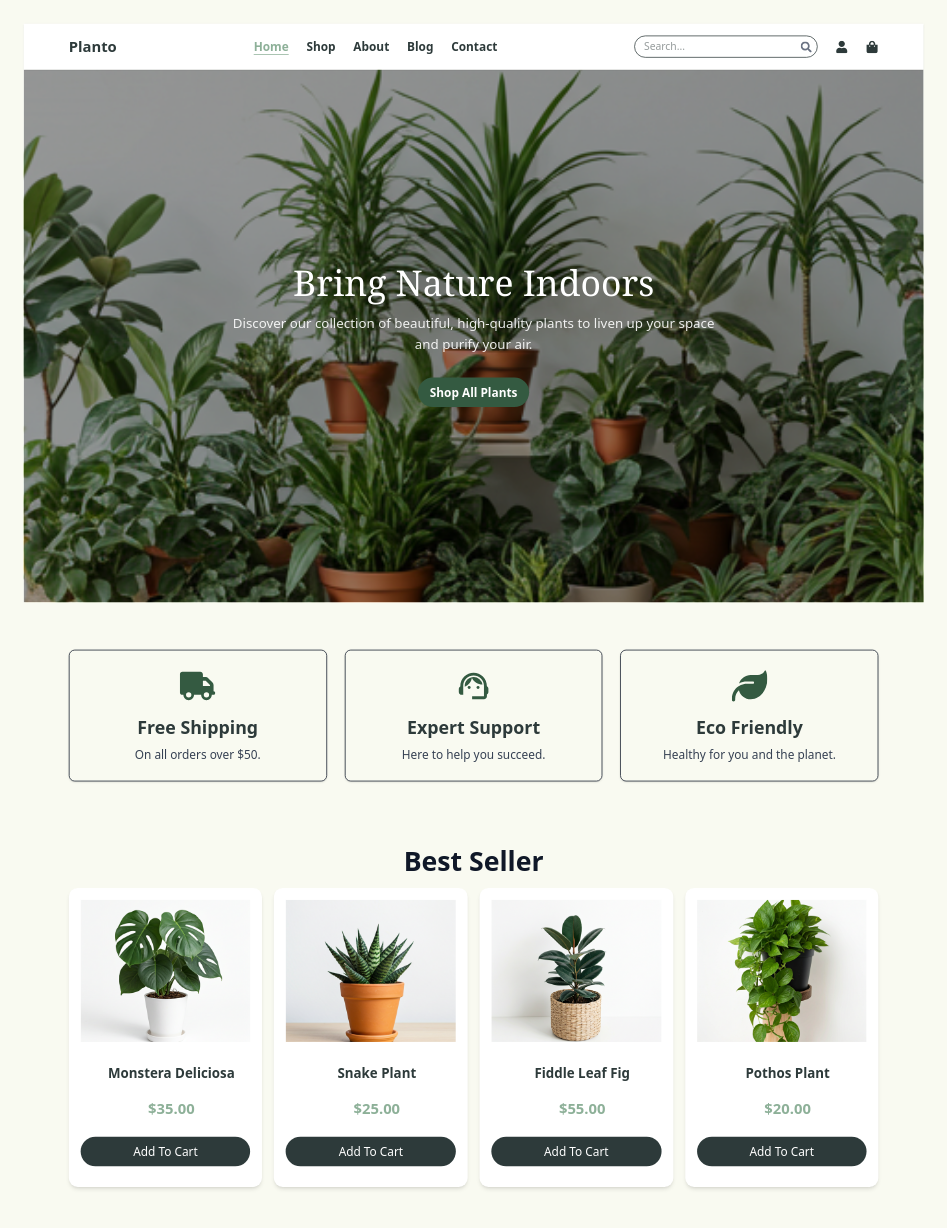
Repository: mazenessam99/Planto
Page: /
These files come from the project's save history. The page is drawn as it stood at one moment and after a run of saves; the edit follows.
The browser window is 1280 px wide. The pictures show the whole page, at 74% of full size.
The project was rebuilt for these pictures with package versions that can differ from the ones it lists, and the page was loaded fresh each time. Also part of the build but not shown: vite.config.js.

Above is the page before, as saved 2025-11-22 23:17:17.

### index.html
<!doctype html>
<html lang="en">
  <head>
    <meta charset="UTF-8" />
    <link rel="icon" type="image/svg+xml" href="/vite.svg" />
    <meta name="viewport" content="width=device-width, initial-scale=1.0" />
    <title>plants_website</title>
  </head>
  <body>
    <div id="root"></div>
    <script type="module" src="/src/main.jsx"></script>
  </body>
</html>

### src/index.css
@import "tailwindcss";
@import "tailwindcss/theme" layer(theme);
@theme {
  --color-primary: #2D3A3A;
  --color-forest:#386641;
  --color-green:#345A41;
  --color-secondary: #8DB098;
  --color-Terracotta: #C27357;
  --color-sky:#B0D0D3;
  --font-cairo: "Cairo", sans-serif;
  --spacing-128: 32rem;
}

/* ----- BASE ----- */
@layer base {
  body {
    @apply  bg-[#F9FAF1] text-gray-900;
  }
}

/* ----- COMPONENTS ----- */
@layer components {
  .btn {
    @apply bg-primary text-white px-4 py-2 rounded-full cursor-pointer ;
  }
  .btn-green{
    @apply bg-green ;
  }

  .card {
    @apply bg-white p-6 rounded-xl shadow;
  }

}
/* Scrollbar width */
::-webkit-scrollbar {
  width: 8px;
}

/* Scrollbar track  */
::-webkit-scrollbar-track {
  background: #2D3A3A;
  border-radius: 8px;
}

/* Scrollbar thumb  */
::-webkit-scrollbar-thumb {
  background-color: #8DB098;
  border-radius: 8px;
}

::-webkit-scrollbar-thumb:hover {
  background-color: #789983;
}

.container{
  width:90%;
  margin:0 auto;
}

### src/App.jsx

import './App.css'
import Button from './components/ui/Button'
import Home from './pages/Home'

function App() {


  return (
    <>
      <Home/>


    </>
  )
}

export default App

### src/components/ui/Button.jsx
const Button = ({ children, className = "",variant="", ...props }) => {
    return (
        <button className={`btn btn-${variant} ${className}`} {...props}>
            {children}
        </button>
    )
}

export default Button

### src/pages/Home.jsx
import BestSeller from '../components/layout/BestSeller'
import DeliveryCard from '../components/layout/DeliveryCard'
import Hero from '../components/layout/Hero'
import Navbar from '../components/layout/Navbar'

const Home = () => {
  return (
    <div>
        <Navbar/>
        <Hero/>
        <DeliveryCard/>
        <BestSeller/>
    </div>
  )
}

export default Home

### src/components/layout/BestSeller.jsx
import React from 'react'
import { BESTSELLER_CARDS } from '../../utils/constants';
import ProductCard from '../ui/ProductCard';

const BestSeller = () => {
  return (
    <section className='container py-6'>
        <h2 className="text-4xl text-center font-bold mb-4">Best Seller</h2>
        <div className='grid grid-cols-1 sm:grid-cols-2 lg:grid-cols-4 gap-4'>
            {BESTSELLER_CARDS.map((card,index)=>(
                <ProductCard src={card.src} title={card.title} price={card.price}/>
        ))}
        </div>

    </section>
  )
}

export default BestSeller;

### src/components/layout/DeliveryCard.jsx
import { motion } from "framer-motion";
import { DELIVERY_CARDS } from "../../utils/constants";
import { FaTruck, FaLeaf } from "react-icons/fa6";
import { MdSupportAgent } from "react-icons/md";

const icons = {
  truck: <FaTruck />,
  support: <MdSupportAgent />,
  leaf: <FaLeaf />,
};

const DeliveryCards = () => {
  return (
    <section className="container py-16">
      <div className="grid grid-cols-1 sm:grid-cols-2 lg:grid-cols-3 gap-6">
        {DELIVERY_CARDS.map((card, index) => (
          <div key={card.id} className="flex flex-col items-center justify-center text-center p-6 border rounded-lg shadow hover:shadow-lg  transition">
            <div className="text-5xl text-green">
              {icons[card.icon]}
            </div>
            <h3 className="mt-4 mb-2 font-bold text-xl md:text-2xl text-primary">{card.title}</h3>
            <p className="text-gray-700 ">{card.desc}</p>
          </div>
        ))}

      </div>
    </section>
  );
};

export default DeliveryCards;

### src/components/layout/Hero.jsx
import { motion } from "framer-motion";
import HeroImg from "../../assets/images/Hero.png";
import Button from "../ui/Button";

const Hero = () => {
  return (
    <section
      className="relative h-screen overflow-hidden"
    >

      <motion.div
        className="absolute inset-0 bg-cover bg-center"
        style={{ backgroundImage: `url(${HeroImg})` }}
        animate={{ scale: [1, 1.05, 1] }}
        transition={{ duration: 10, repeat: Infinity, ease: "easeInOut" }}
      />

      {/* Overlay */}
      <div className="absolute inset-0 bg-black/40"></div>

      <div className="relative z-10 flex flex-col items-center justify-center h-full px-4 md:px-0 space-y-4 text-center">
        <motion.h1
          initial={{ y: -20, opacity: 0 }}
          animate={{ y: 0, opacity: 1 }}
          transition={{ duration: 0.8 }}
          className="text-white text-2xl md:text-4xl lg:text-5xl font-serif"
        >
          Bring Nature Indoors
        </motion.h1>

        <motion.h2
          initial={{ y: 20, opacity: 0 }}
          animate={{ y: 0, opacity: 1 }}
          transition={{ duration: 0.8, delay: 0.3 }}
          className="text-white/90 text-sm md:text-base lg:text-lg max-w-2xl font-normal"
        >
          Discover our collection of beautiful, high-quality plants to liven up your space and purify your air.
        </motion.h2>

        <motion.div
          initial={{ scale: 0.8, opacity: 0 }}
          animate={{ scale: 1, opacity: 1 }}
          transition={{ duration: 0.5, delay: 0.6 }}
        >
          <Button className="btn-green font-bold mt-4">Shop All Plants</Button>
        </motion.div>
      </div>
    </section>
  );
};

export default Hero;

### src/components/layout/Navbar.jsx
import { useState } from "react";
import { NavLink } from "react-router-dom";
import { NAVBAR_LINKS } from "../../utils/constants";
import { FaBars, FaSearch, FaUser, FaShoppingBag } from "react-icons/fa";
import { IoClose } from "react-icons/io5";
import { motion, AnimatePresence } from "framer-motion";

const Navbar = () => {
    const [menuOpen, setMenuOpen] = useState(false);

    return (
        <nav className="bg-white shadow sticky top-0 z-50 ">
            <div className="container flex justify-between items-center py-4">
                {/* Logo */}
                <a href="/" className="text-primary text-xl font-bold">Planto</a>

                {/* Desktop Links */}
                <ul className="hidden md:flex gap-6 items-center">
                    {NAVBAR_LINKS.map((link) => (
                        <li key={link.id}>
                            <NavLink
                                to={link.path}
                                className={({ isActive }) =>
                                    `text-primary font-semibold transition hover:text-secondary
                                ${isActive ? "text-secondary underline underline-offset-4" : ""}`
                                }
                            >
                                {link.label}
                            </NavLink>
                        </li>
                    ))}
                </ul>

                {/* Desktop Icons + Search */}
                <div className="hidden md:flex gap-6 items-center text-primary">
                    {/* Search input */}
                    <div className="relative">
                        <input
                            type="text"
                            placeholder="Search..."
                            className="border rounded-full pl-3 pr-8 py-1 text-sm focus:outline-none focus:ring-2 focus:ring-secondary"
                        />
                        <FaSearch size={15} className="absolute right-2 top-2 text-gray-500" />
                    </div>

                    <FaUser size={17} className="cursor-pointer hover:text-secondary" />
                    <FaShoppingBag size={17} className="cursor-pointer hover:text-secondary" />
                </div>

                {/* Mobile menu button */}
                <button
                    className="md:hidden text-primary"
                    onClick={() => setMenuOpen(true)}
                    aria-label="Open menu"
                    aria-expanded={menuOpen}
                >
                    <FaBars size={22} />
                </button>
            </div>

            {/* Mobile overlay + drawer (AnimatePresence for exit animation) */}
            <AnimatePresence>
                {menuOpen && (
                    <motion.div
                        className="md:hidden fixed inset-0 z-40"
                        initial={{ opacity: 0 }}
                        animate={{ opacity: 1 }}
                        exit={{ opacity: 0 }}
                        onClick={() => setMenuOpen(false)}
                    >
                        {/* Drawer */}
                        <motion.div
                            className="bg-white w-72 h-full shadow-lg p-6"
                            initial={{ x: "-100%" }}
                            animate={{ x: 0 }}
                            exit={{ x: "-100%" }}
                            transition={{ type: "linear", duration: 0.4 }}
                            onClick={(e) => e.stopPropagation()}
                        >
                            {/* Close */}
                            <div className="flex justify-between items-center mb-6">
                                <a href="/" className="text-lg font-bold text-primary">Planto</a>
                                <button onClick={() => setMenuOpen(false)} aria-label="Close menu">
                                    <IoClose size={26} className="text-primary" />
                                </button>
                            </div>

                            {/* Mobile Search */}
                            <div className="mb-4">
                                <div className="relative">
                                    <input
                                        type="text"
                                        placeholder="Search..."
                                        className="w-full border rounded-full pl-3 pr-8 py-2 text-sm focus:outline-none focus:ring-2 focus:ring-secondary"
                                    />
                                    <FaSearch size={15} className="absolute right-3 top-3 text-gray-500" />
                                </div>
                            </div>

                            {/* Links */}
                            <ul className="flex flex-col gap-4 text-primary font-semibold">
                                {NAVBAR_LINKS.map((link) => (
                                    <li key={link.id}>
                                        <NavLink
                                            to={link.path}
                                            onClick={() => setMenuOpen(false)}
                                            className={({ isActive }) =>
                                                `block py-2 ${isActive ? "text-secondary" : ""}`
                                            }
                                        >
                                            {link.label}
                                        </NavLink>
                                    </li>
                                ))}
                            </ul>

                            {/* Icons */}
                            <div className="flex gap-4 mt-6 text-primary">
                                <FaUser size={18} />
                                <FaShoppingBag size={18} />
                            </div>
                        </motion.div>
                    </motion.div>
                )}
            </AnimatePresence>
        </nav>
    );
};

export default Navbar;

### src/utils/constants.js
import img1 from "../../src/assets/images/Featured_1.png";
import img2 from "../../src/assets/images/Featured_2.png";
import img3 from "../../src/assets/images/Featured_3.png";
import img4 from "../../src/assets/images/Featured_4.png";
// Navbar_Links
export const NAVBAR_LINKS = [
    { id: 1, label: 'Home', path: '/' },
    { id: 2, label: 'Shop', path: '/shop' },
    { id: 3, label: 'About', path: '/about' },
    { id: 4, label: 'Blog', path: '/blog' },
    { id: 5, label: 'Contact', path: '/contact' },
];

// Delivery_Cards
export const DELIVERY_CARDS = [
    { id: 1, icon: "truck", title: "Free Shipping", desc: "On all orders over $50." },
    { id: 2, icon: "support", title: "Expert Support", desc: "Here to help you succeed." },
    { id: 3, icon: "leaf", title: "Eco Friendly", desc: "Healthy for you and the planet." },
];

// BESTSELLER_CARDS
export const BESTSELLER_CARDS=[
    {id:1,src:img1,title:'Monstera Deliciosa',price:'$35.00'},
    {id:2,src:img2,title:'Snake Plant',price:'$25.00'},
    {id:3,src:img3,title:'Fiddle Leaf Fig',price:'$55.00'},
    {id:4,src:img4,title:'Pothos Plant',price:'$20.00'}
]

### src/components/ui/ProductCard.jsx
import Button from "./Button";

const ProductCard = ({src,title,price,showButton=true,buttonText='Add To Cart'}) => {
  return (
    <div className="bg-white rounded-xl p-4 shadow-md flex flex-col gap-3 hover:shadow-xl transition-all">
      <div className="w-full h-48 overflow-hidden ">
        <img src={src} className="w-full h-full object-cover hover:scale-105 transition" alt={title}/>
      </div>
      <h3 className="mt-4 ms-4 text-lg font-semibold text-primary">{title}</h3>
      <p className="mt-2 ms-4 font-bold text-xl text-secondary">{price}</p>
      {showButton&&(
        <Button className="my-3 ">
          {buttonText}
        </Button>
      )}

    </div>
  )
}

export default ProductCard;

Loaded but not shown: src/main.jsx (common file); src/App.css (common file)

After the next 2 saves:
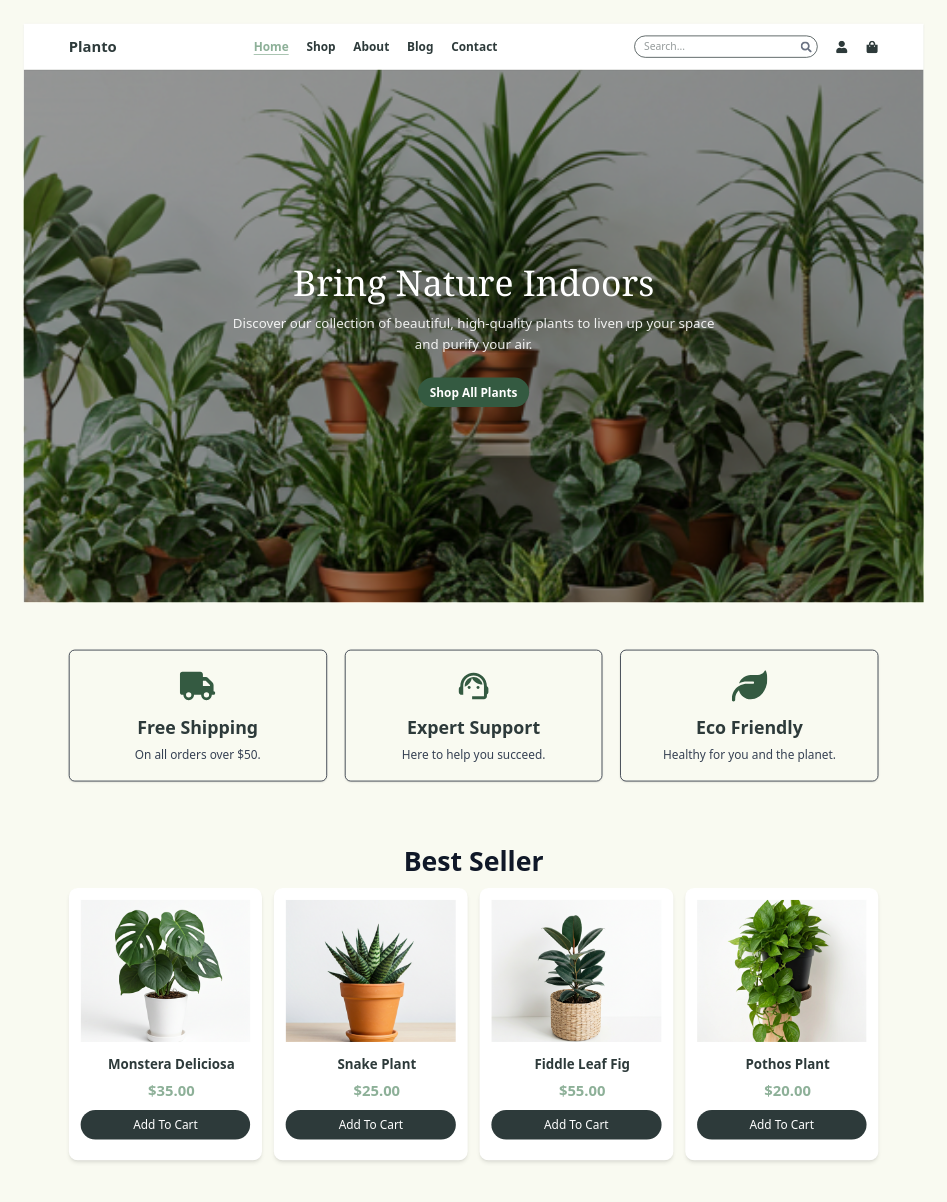
The 2 saves are shown as one change because they came seconds apart.
The last was saved 26 s later.
--- a/src/components/ui/ProductCard.jsx
+++ b/src/components/ui/ProductCard.jsx
@@ -2,7 +2,7 @@ import Button from "./Button";
 
 const ProductCard = ({src,title,price,showButton=true,buttonText='Add To Cart'}) => {
   return (
-    <div className="bg-white rounded-xl p-4 shadow-md flex flex-col gap-3 hover:shadow-xl transition-all">
+    <div className="bg-white rounded-xl p-4 shadow-md flex flex-col hover:shadow-xl transition-all">
       <div className="w-full h-48 overflow-hidden ">
         <img src={src} className="w-full h-full object-cover hover:scale-105 transition" alt={title}/>
       </div>
